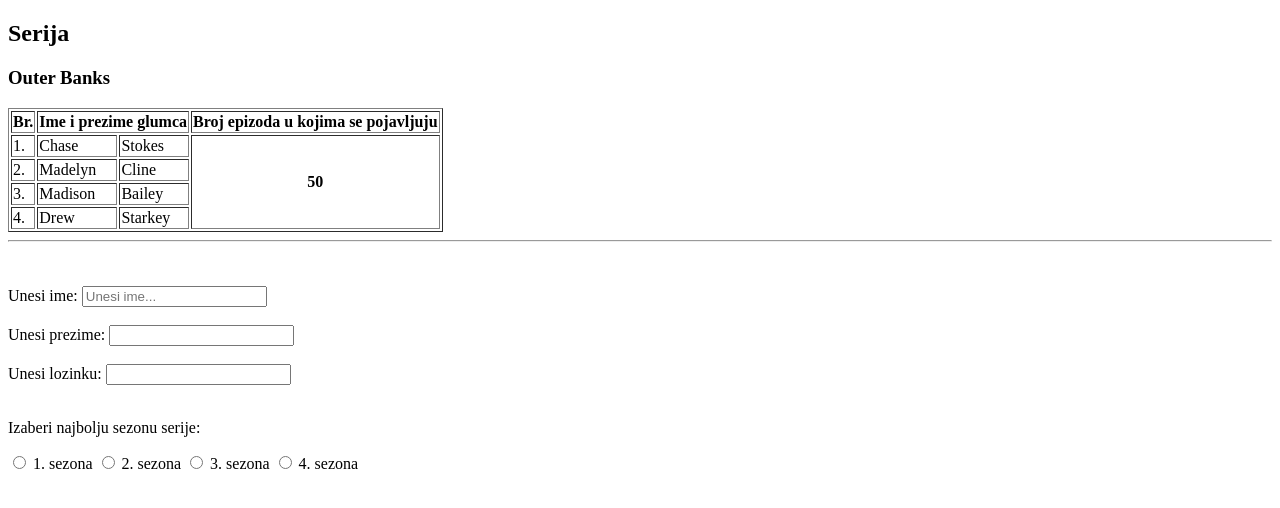
Repository: larabiondic/wp_biondic_lara
Page: Domace zadace/Zadaća.2.html
The author's editor kept a copy of each file at every save. The page is drawn from the files as they stood at one save, then again after the next save.
The browser window is 1280 px wide. The pictures show the whole page.

Above is the page before, as saved 2025-11-03 20:38:46.

After the next save:
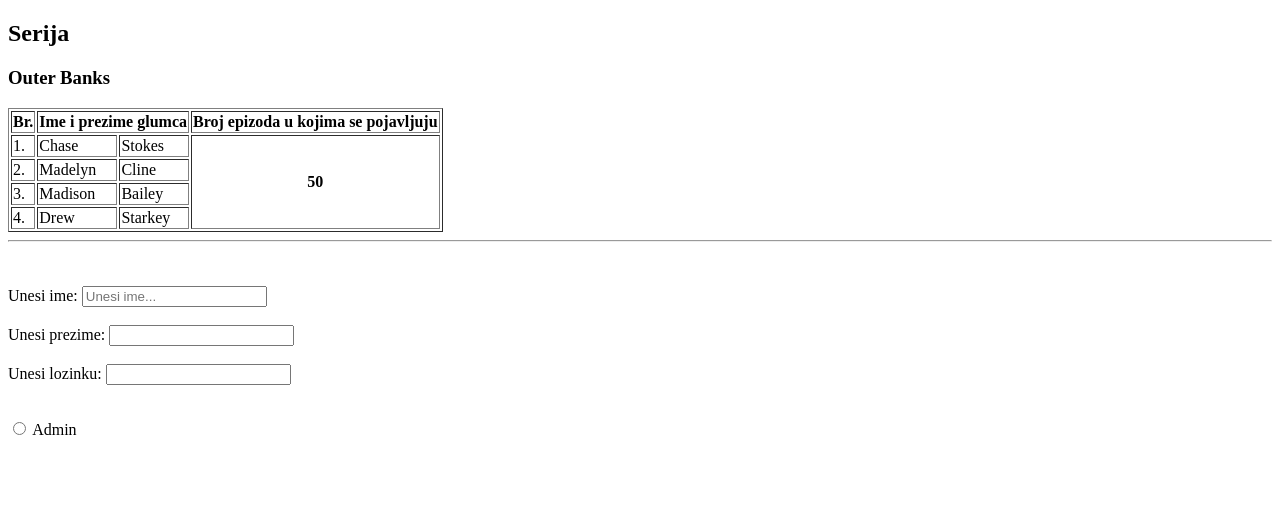
Saved 3 min 24 s later.
--- a/Domace zadace/Zadaća.2.html
+++ b/Domace zadace/Zadaća.2.html
@@ -57,15 +57,10 @@
         <input type="password" name="pass" id="pass" required>
         <br>
         <br>
-        <p>Izaberi najbolju sezonu serije:</p>
-        <input type="radio" name="sezona" id="1.sezona">
-        <label for="1.sezona">1. sezona</label>
-        <input type="radio" name="sezona" id="2.sezona">
-        <label for="2.sezona">2. sezona</label>
-        <input type="radio" name="sezona" id="3.sezona">
-        <label for="3.sezona">3. sezona</label>
-        <input type="radio" name="sezona" id="4.sezona">
-        <label for="4.sezona">4. sezona</label>
+        <p></p>
+        <input type="radio" name="admin" id="admin">
+        <label for="admin">Admin</label>
+
 
         <br>
     </form>
